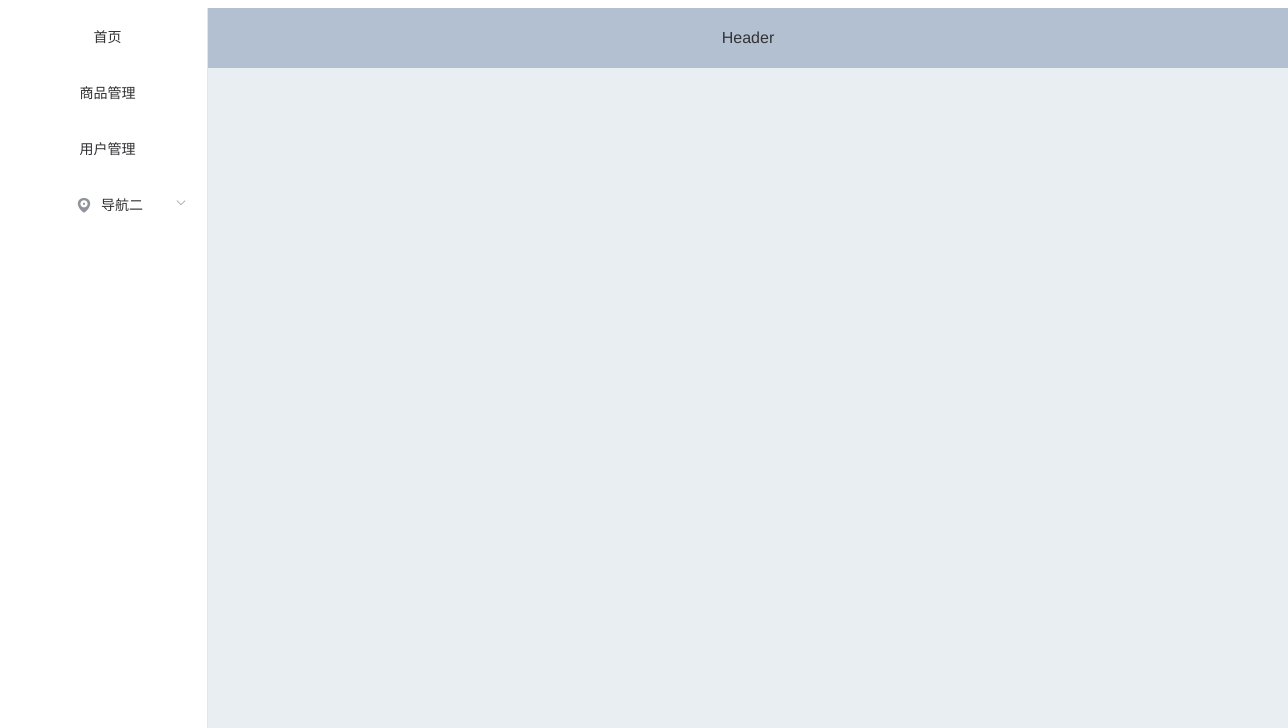
Repository: tkqi/manage
Page: /
These files come from the project's save history. The page is drawn as it stood at one moment and after a run of saves; the edit follows.
The browser window is 1280 px wide. The page is 1288 px wide, so the pictures cover 1288 px, including what lies to the right of the window. The pictures show the whole page.
The project was rebuilt for these pictures with package versions that can differ from the ones it lists, and the page was loaded fresh each time. Also part of the build but not shown: vue.config.js.

Above is the page before, as saved 2023-12-01 13:55:43.

### src/main.js
import Vue from 'vue'
import App from './App.vue'
import router from './router'
import store from './store'
import ElementUI from 'element-ui';
import 'element-ui/lib/theme-chalk/index.css';

Vue.config.productionTip = false
Vue.use(ElementUI);

new Vue({
  router,
  store,
  render: h => h(App)
}).$mount('#app')

### src/App.vue
<template>
  <div id="app">
    <!-- 路由出口 -->
    <router-view/>
  </div>
</template>

<style lang="less">
#app {
  font-family: Avenir, Helvetica, Arial, sans-serif;
  -webkit-font-smoothing: antialiased;
  -moz-osx-font-smoothing: grayscale;
  text-align: center;
  color: #2c3e50;
  height: 100%;
}

nav {
  padding: 30px;

  a {
    font-weight: bold;
    color: #2c3e50;

    &.router-link-exact-active {
      color: #42b983;
    }
  }
}

html,
body {
  width: 100%;
  height: 100%;
}

</style>

### src/router/index.js
import Vue from 'vue'
import VueRouter from 'vue-router'
import routes from './routes'
Vue.use(VueRouter)


const router = new VueRouter({
  routes: routes
})

// 暴露router实例
export default router

### src/router/routes.js
export default [
    // 主路由
    {
        path: '/',
        component: () => import('../views/Main.vue'),
        // 子路由
        children: [
            {
                path: '/home',
                // 路由组件懒加载
                component: () => import('../views/Home.vue')
            },
            {
                path: '/user',
                component: () => import('../views/User.vue')
            }
        ]
    },
    {
        path: '/home',
        // 路由组件懒加载
        component: () => import('../views/Home.vue')
    },
    {
        path: '/user',
        component: () => import('../views/User.vue')
    }
]

### src/views/Main.vue
<!-- eslint-disable vue/multi-word-component-names -->
<template>
    <div class="container">
        <el-container class="inside">
            <el-aside width="200px"><sidebar/></el-aside>
            <el-container>
                <el-header>Header</el-header>
                <el-main><router-view /></el-main>
            </el-container>
        </el-container>

    </div>
</template>

<script>
import sidebar from '../components/sidebar.vue'
export default {
    components:{
        sidebar
    }
}
</script>

<style lang="less">
.el-header,
.el-footer {
    background-color: #B3C0D1;
    color: #333;
    text-align: center;
    line-height: 60px;
}

.el-aside {
    background-color: #D3DCE6;
    color: #333;
    text-align: center;
    line-height: 200px;
}

.el-main {
    background-color: #E9EEF3;
    color: #333;
    text-align: center;
    line-height: 160px;
}

.container{
    height: 100%;
}
.inside{
    height: 100%;
}
</style>

### src/components/sidebar.vue
<!-- eslint-disable vue/multi-word-component-names -->
<template>
    <el-menu default-active="1-4-1" class="menu" @open="handleOpen" @close="handleClose" :collapse="isCollapse">
        <el-menu-item v-for="item in noChildren" :key="item.name" index="item.name">
            <i :class="'el-icon'+item.icon"></i>
            <span slot="title">{{ item.label }}</span>
        </el-menu-item>
        <el-submenu index="2">
            <template slot="title">
                <i class="el-icon-location"></i>
                <span slot="title">导航二</span>
            </template>
            <el-menu-item-group>
                <!-- <span slot="title">分组一</span> -->
                <el-menu-item index="2-1">选项1</el-menu-item>
            </el-menu-item-group>
        </el-submenu>
    </el-menu>
</template>


<style>
.el-menu-vertical-demo:not(.el-menu--collapse) {
    width: 200px;
    min-height: 400px;
}
</style>

<script>
export default {
    computed: {
        // 无子菜单
        noChildren() {
            return this.menuData.filter(o => !o.children);
        },
        // 有子菜单
        hasChildren() {
            return this.menuData.filter(o => o.children);
        }
    },
    data() {
        return {
            isCollapse: false,
            menuData: [
                {
                    path: '/',
                    name: 'home',
                    label: "首页",
                    icon: 's-home',
                    url: 'Home/Home'
                },
                {
                    path: '/mall',
                    name: 'mall',
                    label: "商品管理",
                    icon: 's-shop',
                    url: 'MallManage/MallManage'
                },
                {
                    path: '/user',
                    name: 'user',
                    label: "用户管理",
                    icon: 's-custom',
                    url: 'UserManage/UserManage'
                },
                {
                    label: '其他',
                    icon: 's-other',
                    children: [
                        {
                            path: '/page1',
                            name: 'page1',
                            label: "页面1",
                            icon: 's-claim',
                            url: 'Other/PageOne'
                        },
                        {
                            path: '/page2',
                            name: 'page2',
                            label: "页面2",
                            icon: 's-claim',
                            url: 'Other/PageTwo'
                        },
                    ]
                }
            ]
        };
    },
    methods: {
        handleOpen(key, keyPath) {
            console.log(key, keyPath);
        },
        handleClose(key, keyPath) {
            console.log(key, keyPath);
        }
    }
}
</script>

<style lang="less">
.menu {
    width: auto;
    height: 100%;
}
</style>

Loaded but not shown: public/index.html (common file); src/store/index.js (common file)

After the next 2 saves:
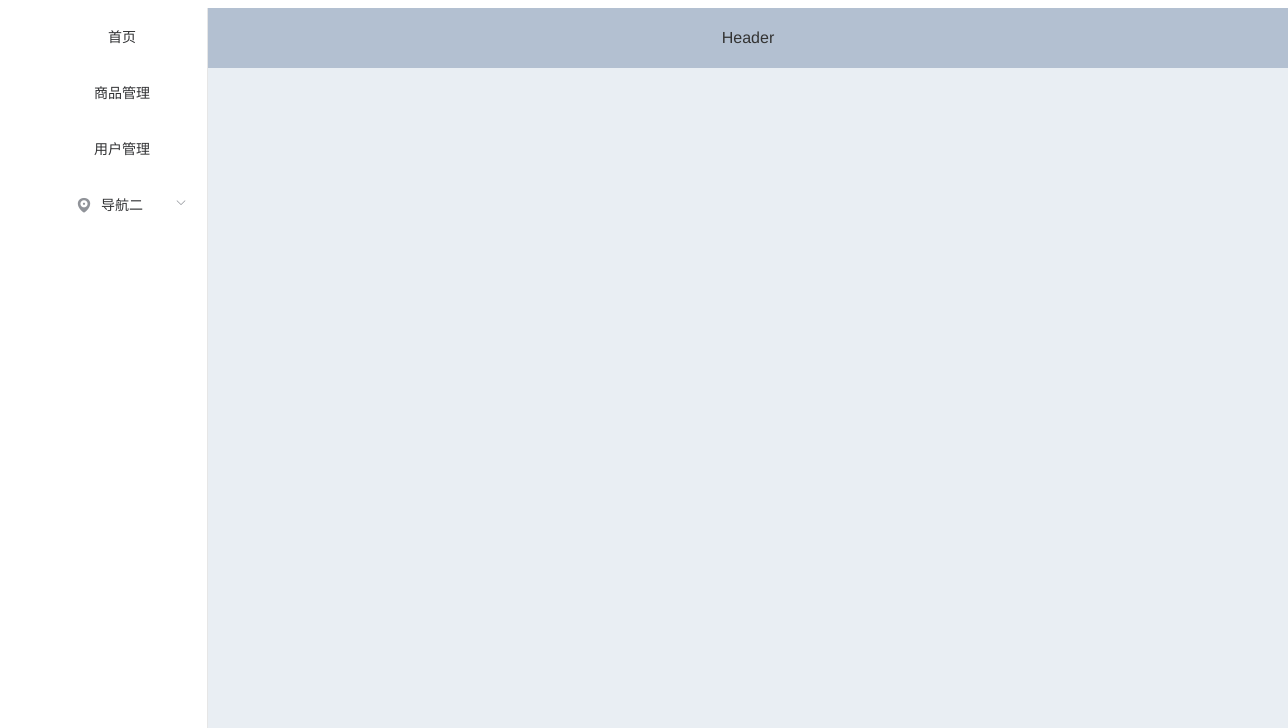
The 2 saves are shown as one change because 1 did not build or start.
The last was saved 78 s later.
--- a/src/components/sidebar.vue
+++ b/src/components/sidebar.vue
@@ -2,7 +2,7 @@
 <template>
     <el-menu default-active="1-4-1" class="menu" @open="handleOpen" @close="handleClose" :collapse="isCollapse">
         <el-menu-item v-for="item in noChildren" :key="item.name" index="item.name">
-            <i :class="'el-icon'+item.icon"></i>
+            <i :class="'el-icon-$(item.icon)'"></i>
             <span slot="title">{{ item.label }}</span>
         </el-menu-item>
         <el-submenu index="2">
